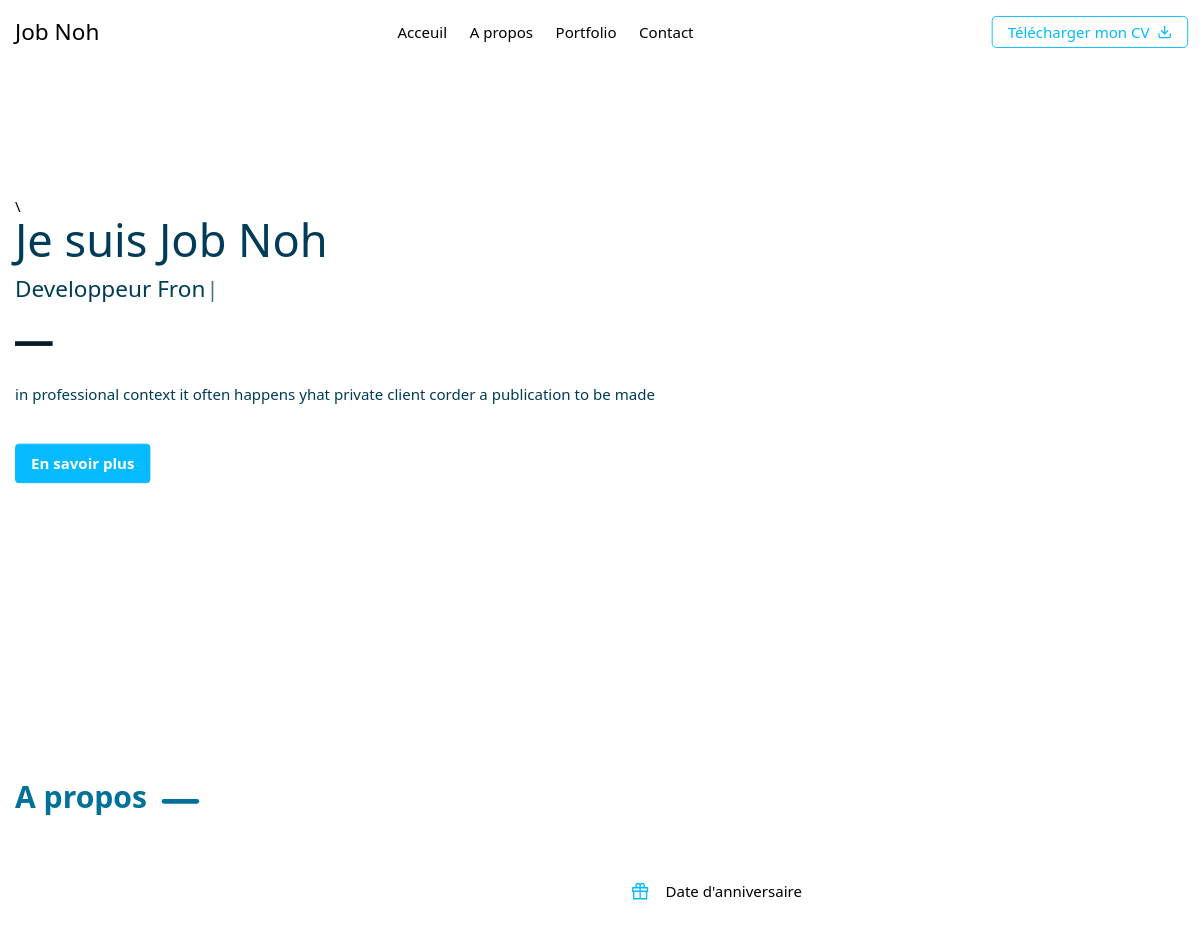
Repository: anoy1010/Nextportfolio
Page: /
An editor plug-in stored every save of this project. The page is shown before and after the next save, followed by the edit.
The browser window is 1280 px wide. The pictures show the whole page, at 94% of full size.
Backgrounds fixed to the window are drawn as part of the page. The project was rebuilt for these pictures with package versions that can differ from the ones it lists, and the page was loaded fresh each time. The framework's server and built-in components were replaced by stand-ins that run in the browser. Also part of the build but not shown: next.config.js, styles/Home.module.css.

Above is the page before, as saved 2023-03-06 17:31:22.

### pages/index.js
import Head from 'next/head'
import Image from 'next/image'
import { Inter } from '@next/font/google'
import styles from '../styles/Home.module.css'
import Navbar from '../components/Navbar'
import Hero from '../components/Hero'
import About from '../components/About'
const inter = Inter({ subsets: ['latin'] })

export default function Home() {
  return (
    <>
      <Head>
        <title>Portfolio | Noh Job</title>
        <meta name="description" content="Generated by create next app" />
        <meta name="viewport" content="width=device-width, initial-scale=1" />
        <link rel="icon" href="/favicon.ico" />
      </Head>

      <header>
        < Navbar />
      </header>

      <main>
        <Hero />
        <About/>
      </main>

    </>
  )
}

### styles/globals.css
@tailwind base;
@tailwind components;
@tailwind utilities;

@layer components {
  .btn{
    @apply bg-[#04bbff] text-white py-2 px-4 rounded inline-block mt-10 font-bold border border-[#04bbff] hover:bg-transparent hover:text-[#04bbff] transition duration-200
  }
}

### components/Navbar.js
import Link from 'next/link'
import React from 'react'
import {FiDownload} from 'react-icons/fi'
import {RiMenu5Line} from 'react-icons/ri'

const Navbar = () => {
  return (
    <div className='bg-white fixed top-0 w-[100%] z-10 '>
        <div className='container mx-auto flex justify-between items-center py-4 px-4'>
            <div className='text-[24px]'>Job Noh</div>

            <div className='hidden md:flex gap-6'>

                <Link href='/Acceuil' className='hover:text-[#04bbff]'>
                    Acceuil
                </Link>
                <Link href='/A propos' className='hover:text-[#04bbff]' >
                    A propos
                </Link>
                <Link href='/Portfolio' className='hover:text-[#04bbff]'>
                    Portfolio
                </Link>
                <Link href='/Contact' className='hover:text-[#04bbff]'>
                    Contact
                </Link>



            </div>

            <a href='#' className='hidden  md:flex border border-[#04bbff] px-4 py-1 text-[#04bbff] rounded-[5px] items-center gap-2 hover:bg-[#04bbff] hover:text-white transition duration-200 '>
                Télécharger mon CV
                <FiDownload/>
                </a>

            <div className='md:hidden text-[24px] '>
                <RiMenu5Line/>
            </div>
        </div>
    </div>
  )
}

export default Navbar

### components/Hero.js
import React from 'react'

import Typewriter, { TypewriterClass } from "typewriter-effect"
import Button from '../components/Button'

const Hero = () => {
  return (
    <div className='bg-[url("")] h-screen bg-cover bg-center bg-fixed flex items-center'>
        <div className='container mx-auto px-4'>\
            <div className='max-x-[450px] text-[#003c57] flex flex-col gap-[40px]'>
                <div>
                    <h1 className='text-5xl'>
                        Je suis Job Noh
                    </h1>
                    <h4 className=' text-2xl mt-3'>
                        <Typewriter
                            options = {{
                                strings: [
                                    "Developpeur Front-end",
                                    "Developpeur Back-end",
                                    "Analyste de donnée",
                                    "Chef de projet",
                                    "Graphic designer",
                                    "Developpeur mobile"
                                ],
                                changeDelay:3,
                                changeDeleteSpeed:2,
                                autoStart:true,
                                loop:true,
                            }}
                        />
                    </h4>
                </div>

                <div className='bg-[#051c24] h-[5px] w-[40px] '>
                </div>

                <div>
                    <p>
                    in professional context it often happens yhat private client
                    corder a publication to be made
                    </p>
                    <Button link="#" text="En savoir plus" />
                </div>

            </div>

        </div>
    </div>
  )
}

export default Hero

### components/About.js
import React from 'react'
import Heading from './Heading'
import {AiOutlineGift} from 'react-icons/ai'

const About = () => {
  return (
    <section className='container mx-auto py-10 px-4'>

        <Heading title="A propos"/>

        <div className='grid grid-cols-1 md:grid-cols-2 gap-[60px]'>

            <div>
                <img className='w-[400px]' src="/" alt="" />
            </div>
            <div>
                <div className='flex items-center justify-between w-[300px]'>
                    <div className='flex flex-col gap-6'>
                        <div className='flex gap-4 items-center font-medium '>
                            <AiOutlineGift className='text-[#04bbff] text-[22px]' />
                            Date d'anniversaire
                        </div>
                    </div>
                </div>
            </div>
        </div>

    </section>
  )
}

export default About

### components/Button.js
import React from 'react'

const Button = ({text, link}) => {
  return (
    <a href={link}className='btn'>{text}</a>
  )
}

export default Button

### components/Heading.js
import React from 'react'

const Heading = ({title}) => {
  return (
    <div className='text-[#007198] text-[32px] font-bold flex items-center gap-4 py-16'>
        {title}
        <div className='bg-[#007198] h-[5px] w-[40px] translate-y-1 rounded'></div>
    </div>
  )
}

export default Heading

Loaded but not shown: pages/_app.js (common file); pages/_document.js (common file); tailwind.config.js (common file)

After the next save:
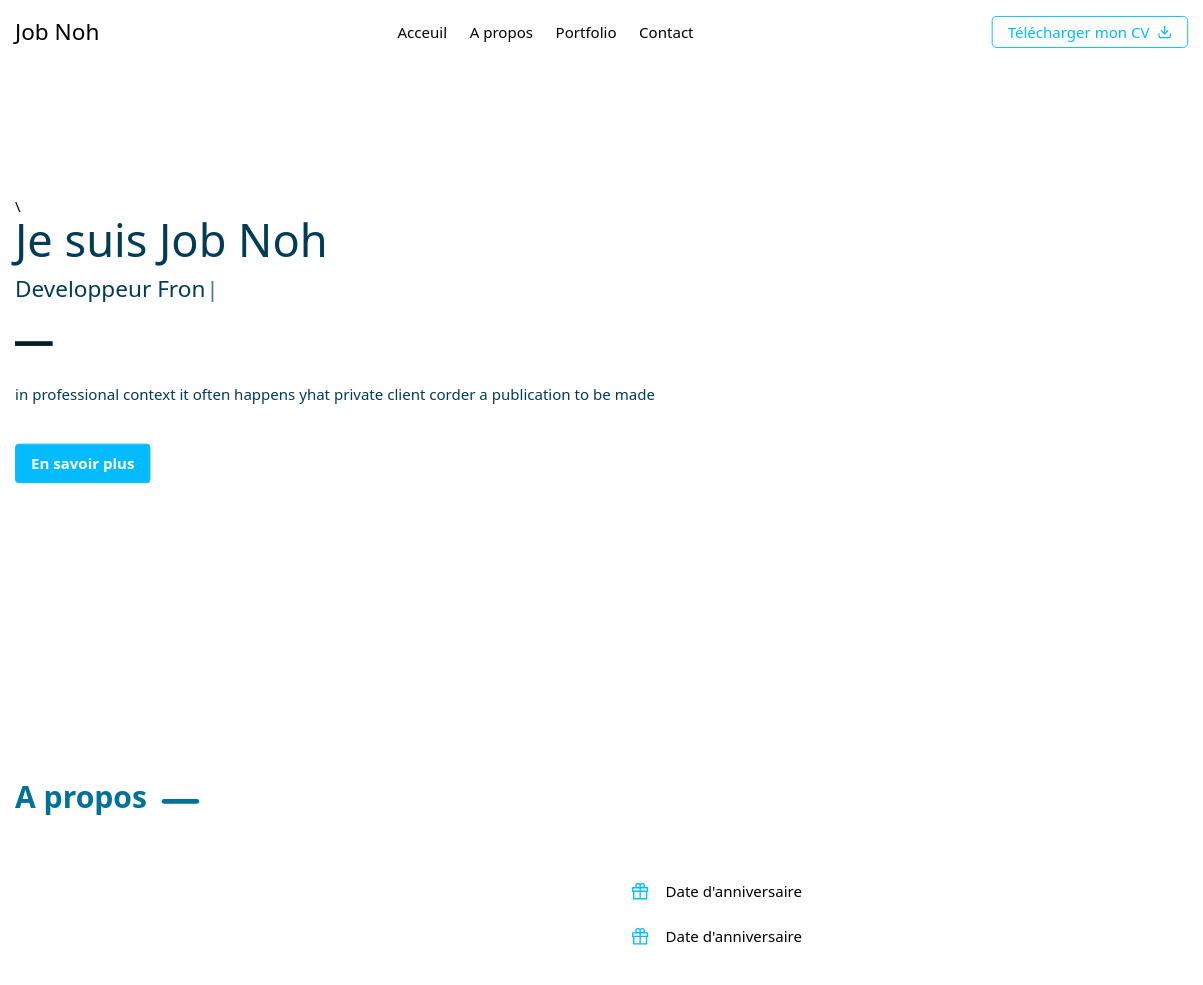
Saved 3 min 13 s later.
--- a/components/About.js
+++ b/components/About.js
@@ -20,6 +20,10 @@ const About = () => {
                             <AiOutlineGift className='text-[#04bbff] text-[22px]' />
                             Date d'anniversaire
                         </div>
+                        <div className='flex gap-4 items-center font-medium '>
+                            <AiOutlineGift className='text-[#04bbff] text-[22px]' />
+                            Date d'anniversaire
+                        </div>
                     </div>
                 </div>
             </div>
